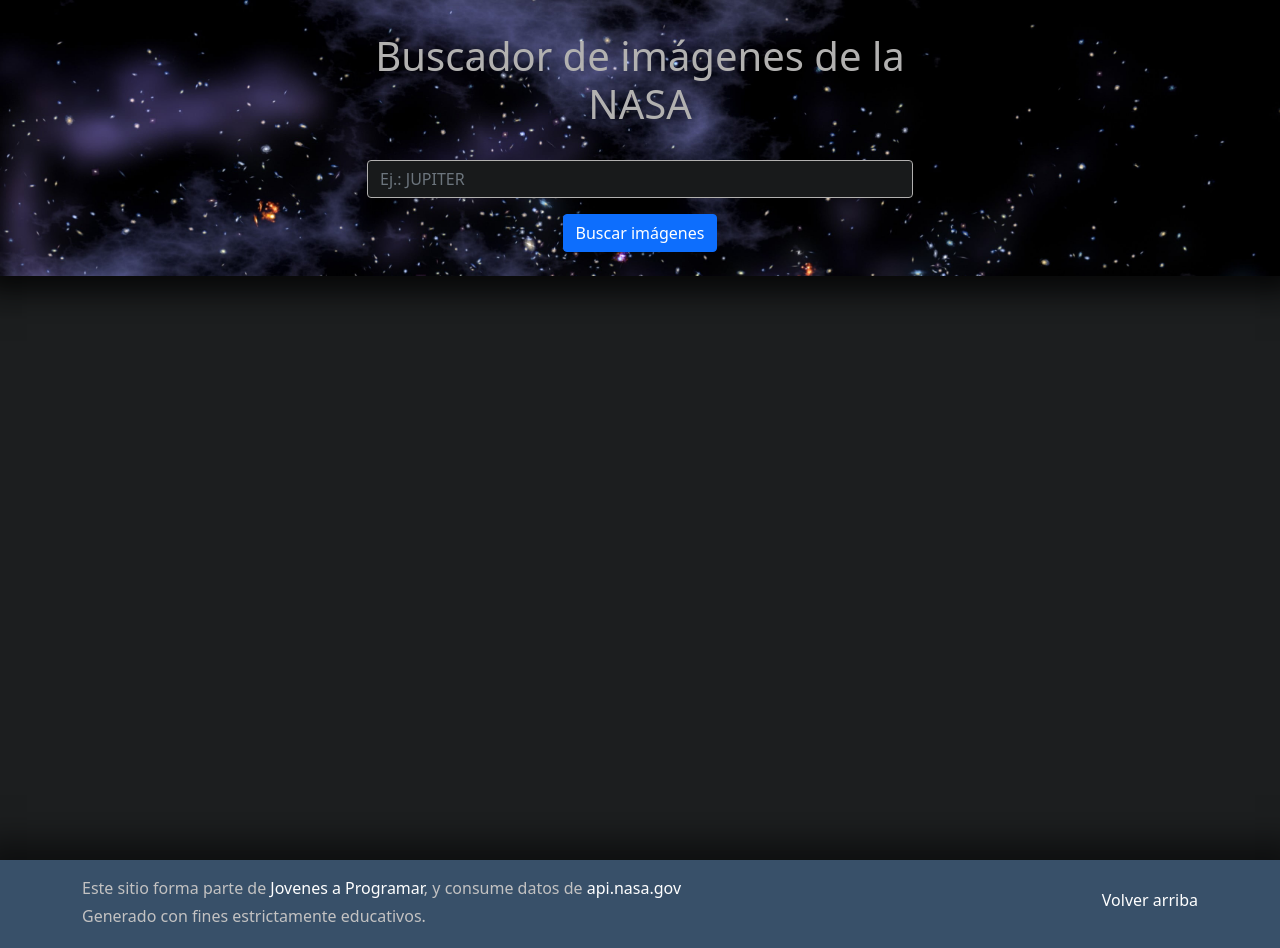
Repository: romancegirl/galaxies
Page: index.html
These files come from the project's save history. The page is drawn as it stood at one moment and after the next save; the edit follows.
The browser window is 1280 px wide. The pictures show the whole page.

Above is the page before, as saved 2024-11-30 05:01:44.

After the next save:
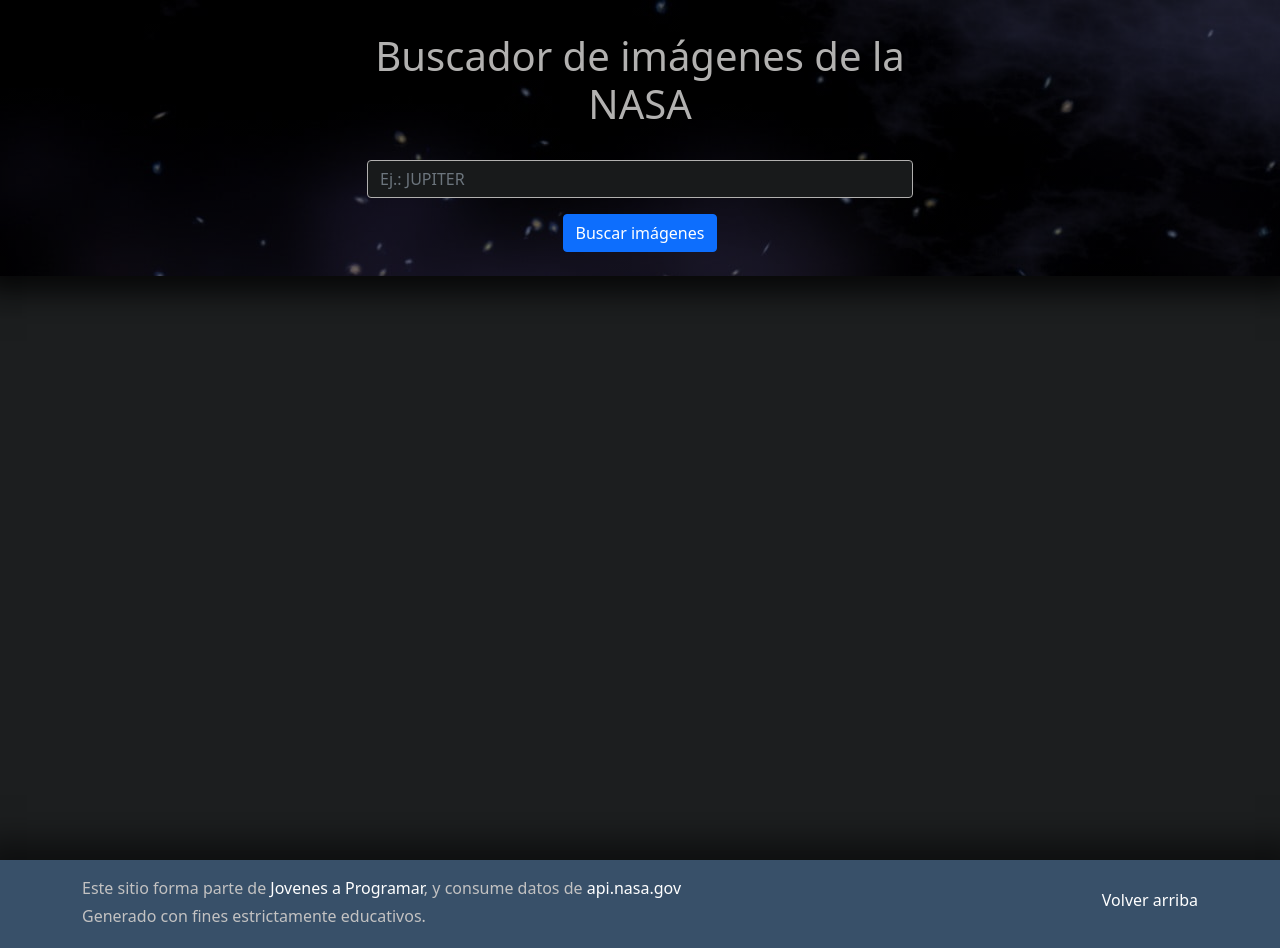
Saved 2 min 15 s later.
--- a/css/style.css
+++ b/css/style.css
@@ -1,7 +1,7 @@
 header {
-    background-image: url(/img/header.png);
     background-size: cover;
-    background-color: #181a1b33;
+    background: linear-gradient(rgba(0, 0, 0, 0.6), rgba(0, 0, 0, 0.6)),
+        url(/img/header.png);
     bottom: 0;
     width: 100%;
     box-shadow: 0 0 30px 20px rgba(0, 0, 0, 0.5);
